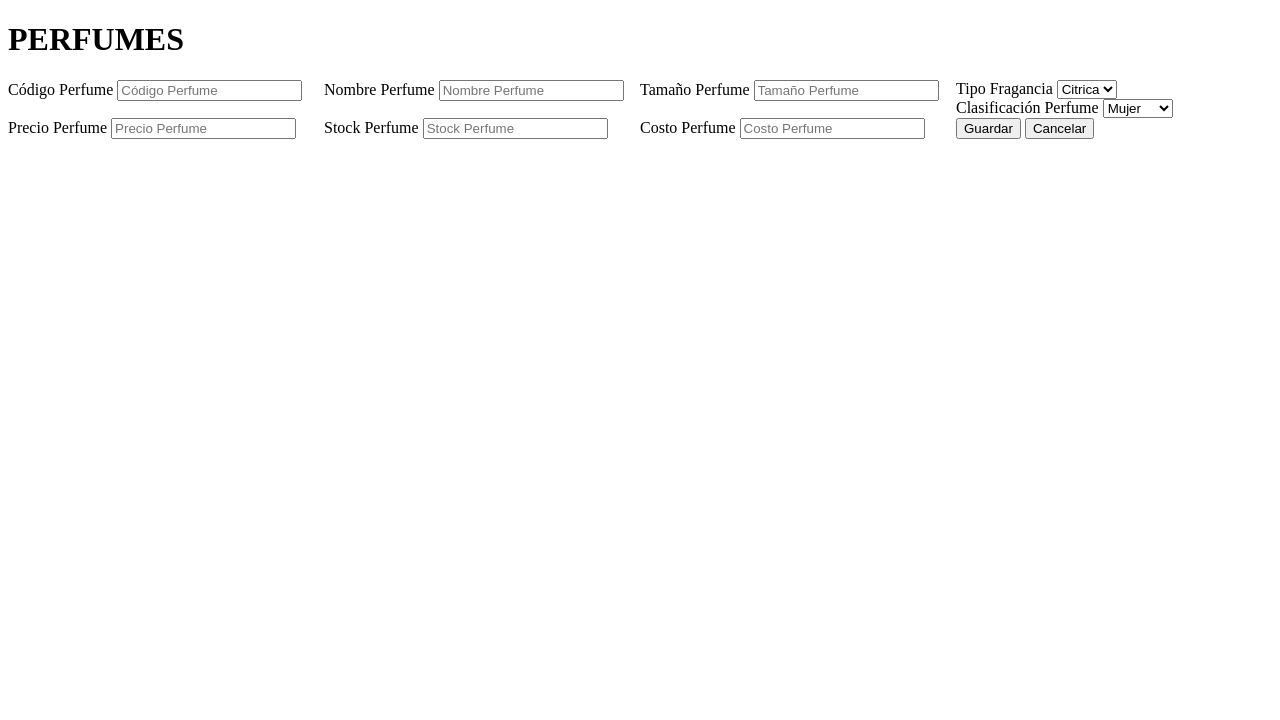
Repository: alejamorenovallejo/arosmile
Page: perfume.html
The author's editor kept a copy of each file at every save. The page is drawn from the files as they stood at one save, then again after the next save.
The browser window is 1280 px wide. The pictures show the whole page.

Above is the page before, as saved 2021-09-12 02:11:44.
Not found: main.js

### perfume.html
<!DOCTYPE html>
<html>
  <head>
    <meta charset="utf-8" />
    <meta http-equiv="X-UA-Compatible" content="IE=edge" />
    <title>Perfumes</title>
    <meta name="viewport" content="width=device-width, initial-scale=1" />
    <link
      rel="stylesheet"
      type="text/css"
      media="screen"
      href="css/style.css"
    />
    <script src="main.js"></script>
  </head>
  <body>
    <header></header>
    <main>
      <h1>PERFUMES</h1>
      <div>
        <form action="" method="POST">
          <label for="codigo_perfume">
            <span>Código Perfume</span>
            <input
              type="text"
              id="codigo_perfume"
              name="codigo_perfume"
              placeholder="Código Perfume"
            />
          </label>
          <label for="nombre_perfume">
            <span>Nombre Perfume</span>
            <input
              type="text"
              id="nombre_perfume"
              name="nombre_perfume"
              placeholder="Nombre Perfume"
            />
          </label>
          <label for="tamano_perfume">
            <span>Tamaño Perfume</span>
            <input
              type="number"
              id="tamano_perfume"
              name="tamano_perfume"
              placeholder="Tamaño Perfume"
            />
          </label>
          <label for="tipo_frangancia">
            <span>Tipo Fragancia</span>
            <select
              name="tipo_frangancia"
              id="tipo_frangancia"
              placeholder="Tipo Fragancia"
            >
              <option value="1">Citrica</option>
            </select>
          </label>
          <label for="clasificacion_perfume">
            <span>Clasificación Perfume</span>
            <select
              name="clasificacion_perfume"
              id="clasificacion_perfume"
              placeholder="Clasificación Perfume"
            >
              <option value="1">Mujer</option>
              <option value="2">Hombre</option>
              <option value="3">Infantil</option>
            </select>
          </label>
          <label for="precio_perfume">
            <span>Precio Perfume</span>
            <input
              type="number"
              id="precio_perfume"
              name="precio_perfume"
              placeholder="Precio Perfume"
            />
          </label>
          <label for="stock_perfume">
            <span>Stock Perfume</span>
            <input
              type="number"
              id="stock_perfume"
              name="stock_perfume"
              placeholder="Stock Perfume"
            />
          </label>
          <label for="costo_perfume">
            <span>Costo Perfume</span>
            <input
              type="number"
              id="costo_perfume"
              name="costo_perfume"
              placeholder="Costo Perfume"
            />
          </label>
          <input
            type="submit"
            id="guardar_perfume"
            name="guardar_perfume"
            value="Guardar"
          />
          <input
            type="button"
            id="cancelar_perfume"
            name="cancelar_perfume"
            value="Cancelar"
          />
        </form>
      </div>
    </main>
  </body>
</html>

### css/style.css
div {
  margin: 0.4em 0;
}

div label {
  width: 25%;
  float: left;
}

After the next save:
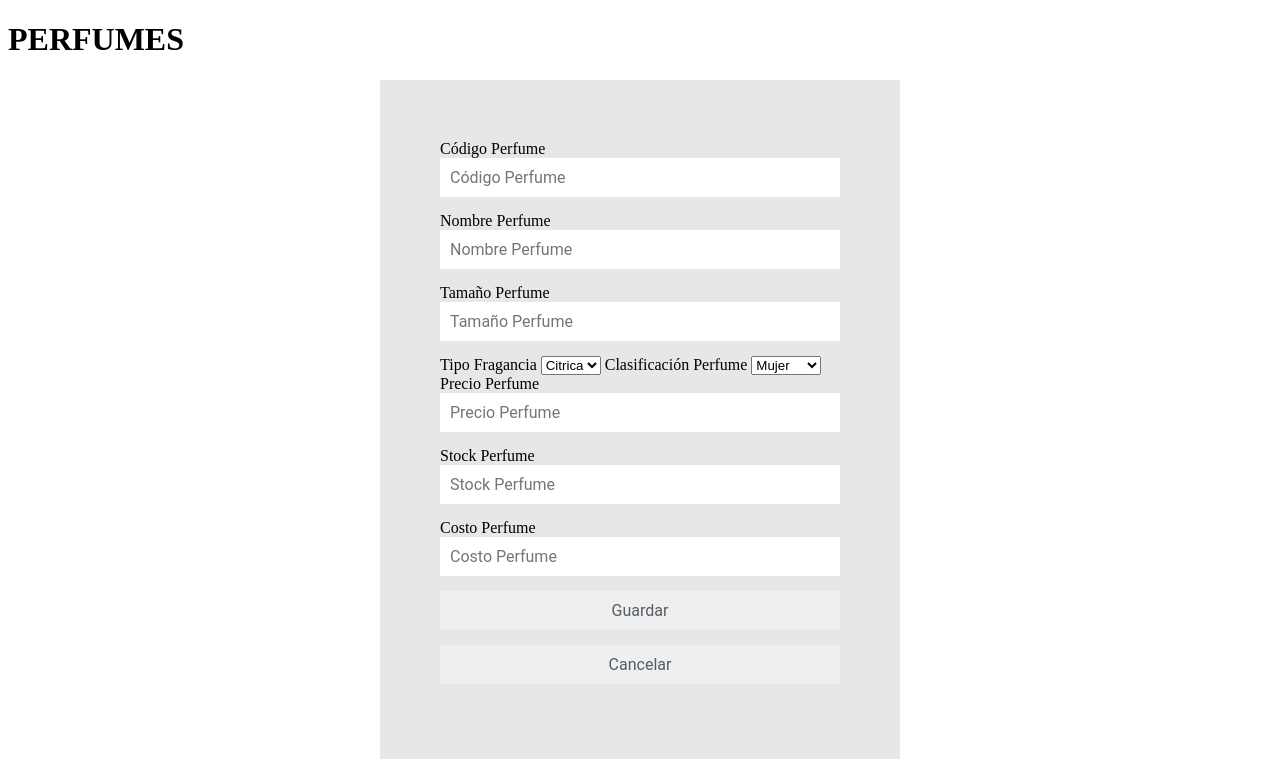
Saved 104 s later.
--- a/css/style.css
+++ b/css/style.css
@@ -1,8 +1,33 @@
-div {
-  margin: 0.4em 0;
-}
+form{
+    padding: 60px;
+    max-width: 400px;
+    background-color: #E7E7E7;
+    margin: 0 auto;
+  }
 
-div label {
-  width: 25%;
-  float: left;
-}
+  form input, form textarea{
+    margin-bottom: 15px;
+    font-family: "Roboto", sans-serif;
+    width: 100%;
+    padding: 10px;
+    -webkit-box-sizing: border-box;
+    box-sizing: border-box;
+    border: none;
+    color: #525c66;
+    font-size: 1em;
+    resize: horizontal;
+  }
+
+  form button {
+      display: block;
+      background-color: #0095eb;
+      padding: 10px 45px 10px 45px;
+      border: 0;
+      font-size: 1em;
+      color: 	white;
+    font-family: "Roboto", sans-serif;
+  }
+  form button: hover{
+      background-color: #046193;
+  }
+  textarea { resize: none; }
